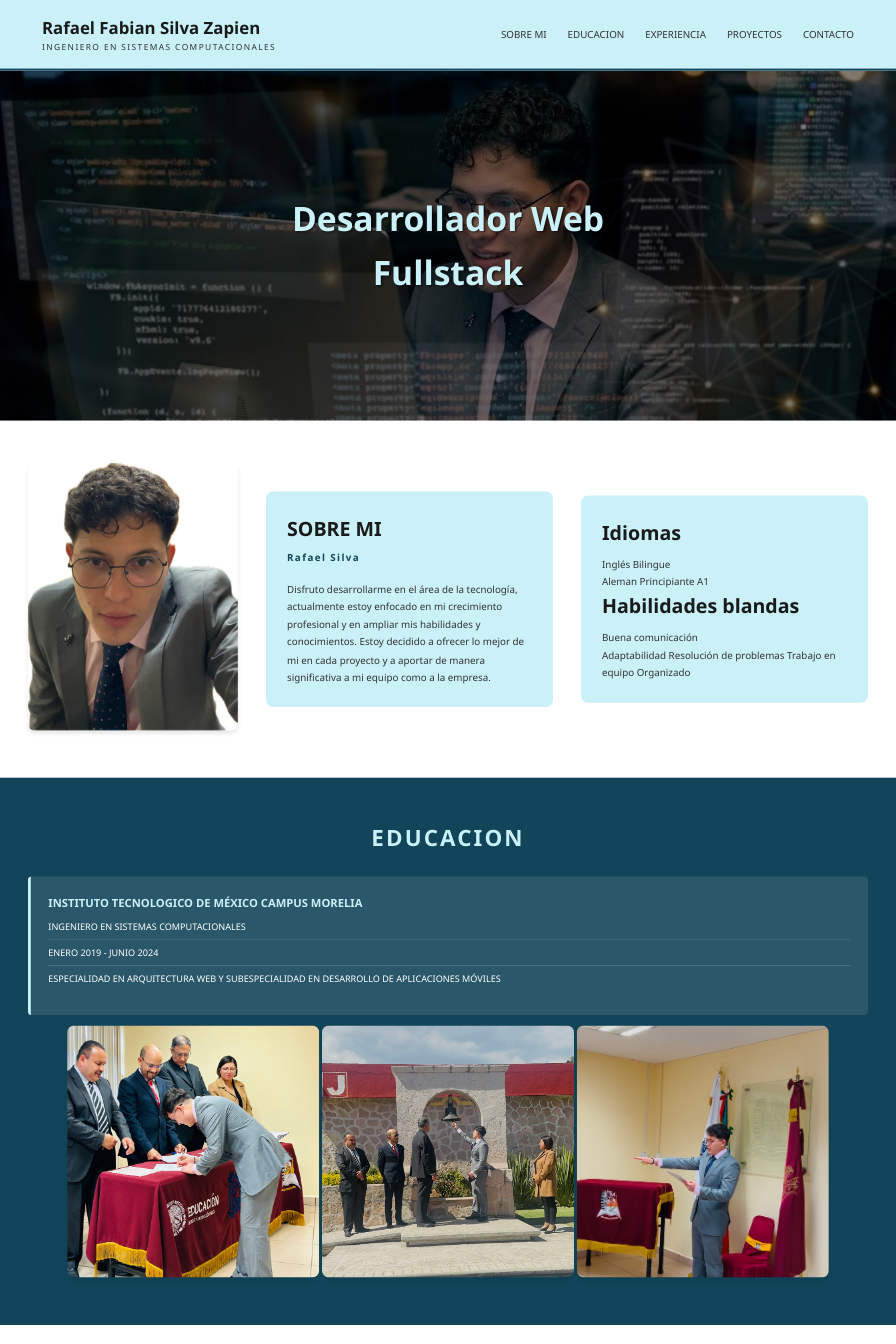
Repository: rafaelsilva2k/mi-portafolio
Page: index.html
These files come from the project's save history. The page is drawn as it stood at one moment and after the next save; the edit follows.
The browser window is 1280 px wide. The pictures show the part of the page from y = 0 to 1920 px (the page is 3313 px tall), at 70% of full size.

Above is the page before, as saved 2026-04-17 12:53:12.

### index.html
<!DOCTYPE html>
<html lang="en">
<head>
    <meta charset="UTF-8">
    <meta name="viewport" content="width=device-width, initial-scale=1.0">
    <title>Rafael Fabian Silva Zapien</title>
    <link rel="stylesheet" href="styles.css">
</head>
<body>
    <!-- HEADER: Nombre, Profesión y Menú de Navegación -->
    <header class="header">
        <div class="header-content">
            <div class="logo-section">
                <h1>Rafael Fabian Silva Zapien</h1>
                <p class="profession">INGENIERO EN SISTEMAS COMPUTACIONALES</p>
            </div>

            <nav class="navbar">
                <ul>
                    <li><a href="#sobre-mi">SOBRE MI</a></li>
                    <li><a href="#educacion">EDUCACION</a></li>
                    <li><a href="#experiencia">EXPERIENCIA</a></li>
                    <li><a href="#proyectos">PROYECTOS</a></li>
                    <li><a href="#contacto">CONTACTO</a></li>
                </ul>
            </nav>
        </div>
    </header>

    <!-- HERO SECTION: Imagen grande con texto "Desarrollador Web Fullstack" -->
     <section class="hero">
        <div class="hero-content">
            <h2>Desarrollador Web<br>Fullstack</h2>
        </div>
     </section>

     <!-- SECCIÓN SOBRE MÍ: Foto + Descripción -->
      <section id="sobre-mi" class="sobre-mi">
        <div class="sobre-mi-container">
            <div class="sobre-mi-foto">
                <img src="images/me.png" alt="Rafael Silva">
            </div>
            <div class="sobre-mi-texto">
                <h2>SOBRE MI</h2>
                <h3>Rafael Silva</h3>
                <p>Disfruto desarrollarme en el área de la tecnología, actualmente estoy enfocado en mi crecimiento profesional y en ampliar mis habilidades y conocimientos. Estoy decidido a ofrecer lo mejor de mi en cada proyecto y a aportar de manera significativa a mi equipo como a la empresa.</p>
            </div>
            <div class="sobre-mi-texto">
                <h2>Idiomas</h2>
                <p>Inglés Bilingue <br> Aleman Principiante A1</p>
                <h2>Habilidades blandas</h2>
                <p>Buena comunicación <br> Adaptabilidad
Resolución de problemas
Trabajo en equipo
Organizado</p>
            </div>
        </div>
      </section>

      <!--Seccion de Educacion-->
      <section id="educacion" class="educacion">
        <h2>EDUCACION</h2>
        <div class="educacion-content">
            <div class="educacion-item">
                <h4>INSTITUTO TECNOLOGICO DE MÉXICO CAMPUS MORELIA</h4>
                <p>INGENIERO EN SISTEMAS COMPUTACIONALES</p>
                <p>ENERO 2019 - JUNIO 2024</p>
                <p>ESPECIALIDAD EN ARQUITECTURA WEB Y SUBESPECIALIDAD EN DESARROLLO DE APLICACIONES MÓVILES</p>
            </div>
            <div class="education-item">
                <div class="education-photos">
                    <img src="images/FirmaTitulacion.jpeg">
                    <img src="images/campanaTitulacion.jpeg">
                    <img src="images/titulacion.jpeg">
                </div>
            </div>
        </div>
      </section>

      <section id="experiencia" class="experiencia">
        <h2>EXPERIENCIA PROFESIONAL</h2>
            <div class="experiencia-content">
                <div class="experiencia-item">
                    <h3>HARMAN a Samsung Company</h3>
                    <p>Residencias Profesionales HARMAN, Samsung Company Enero - Junio 2024 </p><br>
                    <h5>PROYECTO DE SALIDAS MISCELÁNEAS</h5>
                    <p></p>Se trabajo en el desarrolló de una página web que permitió a la empresa
                    controlar y gestionar los productos salientes. Además, se coordinó el flujo de
                    aprobación entre diversas áreas como comercio exterior, logística y seguridad. <br> <br>
                    <h5>PROYECTO COSTO DE BIENES VENDIDOS (COGS)</h5>
                    Se trabajo en la automatización el cálculo de COGS e implementó un módulo
                    que agiliza la obtención de datos para el reporte de COGS, logrando un análisis
                    más detallado y una representación gráfica eficaz de la información.</p>
                </div>
                <div class="experiencia-item">
                    <h3>FIRA - Fideicomisos Instituidos en Relación con la Agricultura</h3>
                    <p>Desarrollador Fullstack en FIRA, Morelia Julio 2024 - Actualidad <br> <br>
                    • Migración, mejora y mantenimiento de múltiples aplicaciones institucionales,
                    entre ellas: Mesa de Servicios, Reservación de Salas, Seguimientos SIPOT,
                    Solicitudes INAI, Ingresos Retenciones, SIPOT, entre otras.
                    Aplicaciones desarrolladas en CodeIgniter (PHP), JavaScript, HTML y CSS,
                    en las cuales realicé correcciones críticas, optimizaciones de rendimiento y
                    mejoras funcionales.
                    Implementación de consumo de APIs internas de FIRA (Capital Humano)
                    cuando fue requerido.
                    Sustitución de vistas de Capital Humano en base de datos por procesos
                    internos más eficientes.
                    Todas las aplicaciones intervenidas fueron migradas a SQL Server 2019. <br>
                    • Desarrollo de un módulo completo dentro de la aplicación Reservación de
                    Salas para la gestión y reservación de cargadores eléctricos para vehículos del
                    personal interno.<br>
                    • Colaboración en la aplicación Siniestralidad, desarrollada originalmente en
                    ASP, la cual fue migrada a SQL Server 2019 y sometida a una limpieza y
                    depuración general. Posteriormente se detectaron fallas en el funcionamiento y
                    realicé los ajustes necesarios para su correcta operación.<br>
                    • Participación en la migración de la aplicación Firma Electrónica, actualizando
                    la plataforma de Java 1.4 a Java 17, así como la migración de Tomcat y todos
                    los cambios estructurales requeridos para garantizar compatibilidad y
                    estabilidad.<br>
                    • Elaboración de documentación técnica detallada para todos los proyectos,
                    facilitando futuras tareas de mantenimiento, soporte y transferencia de
                    conocimiento dentro del equipo. Apoyo adicional en la preparación de
                    documentación para describir cambio</p>
                </div>
            </div>
      </section>

      <!--Seccion de proyectos-->
      <section id="proyectos" class="proyectos">
        <h2>PROYECTOS</h2>
        <div class="proyectos-content">
            <div class="proyectos-item">
                <h4>Primer proyecto</h4>
                <img src="" alt="Proyecto-1-name">
            </div>
            <div class="proyectos-item">
                <h4> Segundo proyecto</h4>
                <img src="" alt="Proyecto-2-name">
            </div>
            <div class="proyectos-item">
                <h4>Tercer proyecto</h4>
                <img src="" alt="proyecto-3-name">
            </div>
        </div>
      </section>

      <section id="contacto" class="contacto">
        <h2>Contacto</h2>
        <div class="contacto-content">
            <p>Email: rafaelsilva2k256@gmail.com</p>
            <p>LinkedIn: <a href="www.linkedin.com/in/rafael-fabian-silva-zapien-a124ba247">Perfil de Linkedin</a></p>
            <p>GitHub: <a href="#">Tu GitHub</a></p>
        </div>
      </section>

      <!--footer-->
      <footer class="footer">
        <p>&copy; 2024 Rafael Fabian Silva Zapien. Todos los derechos reservados.</p>
      </footer>

      <script src="script.js"></script>
</body>
</html>

### styles.css
/* ============================================
   RESET Y VARIABLES GLOBALES
   ============================================ */

* {
    margin: 0;
    padding: 0;
    box-sizing: border-box;
}

:root {
    --color-primary: #caf0f8;      /* Amarillo */
    --color-secondary: #124559;    /* Dorado/Marrón */
    --color-dark: #1a1a1a;         /* Negro */
    --color-text: #333333;         /* Texto gris oscuro */
    --color-white: #ffffff;        /* Blanco */
}

body {
    font-family: 'Segoe UI', Tahoma, Geneva, Verdana, sans-serif;
    color: var(--color-text);
    line-height: 1.6;
}

/* ============================================
   HEADER - Menú y nombre
   ============================================ */

.header {
    background-color: var(--color-primary);
    padding: 20px 0;
    border-bottom: 3px solid var(--color-secondary);
    position: sticky;
    top: 0;
    z-index: 100;
}

.header-content {
    max-width: 1200px;
    margin: 0 auto;
    padding: 0 20px;

    /* FLEXBOX: Alinea nombre a la izquierda y menú a la derecha */
    display: flex;
    justify-content: space-between;
    align-items: center;
}

.logo-section h1 {
    font-size: 24px;
    font-weight: bold;
    color: var(--color-dark);
}

.profession {
    font-size: 12px;
    color: var(--color-text);
    letter-spacing: 2px;
}

/* NAVEGACIÓN - Menú horizontal */
.navbar ul {
    list-style: none;

    /* FLEXBOX: Alinea los items del menú horizontalmente */
    display: flex;
    gap: 30px;
}

.navbar a {
    text-decoration: none;
    color: var(--color-text);
    font-size: 14px;
    font-weight: 500;
    transition: color 0.3s ease;
}

.navbar a:hover {
    color: var(--color-secondary);
}

/* ============================================
   HERO SECTION - Imagen grande
   ============================================ */

.hero {
    background: linear-gradient(rgba(0, 0, 0, 0.5), rgba(0, 0, 0, 0.5)),
                url('images/iaGeneratedMe.jpeg');
    background-size: cover;
    background-position: center;
    height: 500px;

    /* FLEXBOX: Centra el texto en el hero */
    display: flex;
    align-items: center;
    justify-content: center;
    text-align: center;
}

.hero-content h2 {
    font-size: 48px;
    color: var(--color-primary);
    font-weight: bold;
    text-shadow: 2px 2px 4px rgba(0, 0, 0, 0.7);
}

/* ============================================
   SECCIÓN SOBRE MÍ
   ============================================ */

.sobre-mi {
    padding: 60px 20px;
    background-color: var(--color-white);
}

.sobre-mi-container {
    max-width: 1200px;
    margin: 0 auto;

    /* FLEXBOX: Alinea foto a la izquierda y texto a la derecha */
    display: flex;
    gap: 40px;
    align-items: center;
}

.sobre-mi-foto {
    flex: 0 0 300px;  /* Ancho fijo de 300px */
}

.sobre-mi-foto img {
    width: 100%;
    border-radius: 10px;
    box-shadow: 0 4px 6px rgba(0, 0, 0, 0.1);
}

.sobre-mi-texto {
    flex: 1;  /* Ocupa el espacio restante */
    background-color: var(--color-primary);
    padding: 30px;
    border-radius: 10px;
}

.sobre-mi-texto h2 {
    font-size: 28px;
    margin-bottom: 10px;
    color: var(--color-dark);
}

.sobre-mi-texto h3 {
    font-size: 14px;
    letter-spacing: 2px;
    margin-bottom: 20px;
    color: var(--color-secondary);
}

.sobre-mi-texto p {
    font-size: 14px;
    line-height: 1.8;
    color: var(--color-text);
}

/* ============================================
   SECCIÓN EDUCACIÓN
   ============================================ */

.educacion {
    padding: 60px 20px;
    background-color: var(--color-secondary);
    color: var(--color-white);
}

.educacion h2 {
    font-size: 32px;
    margin-bottom: 30px;
    text-align: center;
    color: var(--color-primary);
    letter-spacing: 3px;
}

.educacion-content {
    max-width: 1200px;
    margin: 0 auto;
}

.educacion-item {
    background-color: rgba(255, 255, 255, 0.1);
    padding: 25px;
    margin-bottom: 15px;
    border-left: 4px solid var(--color-primary);
    border-radius: 5px;
}

.educacion-item h4 {
    font-size: 16px;
    margin-bottom: 10px;
    color: var(--color-primary);
}

.educacion-item p {
    font-size: 13px;
    margin-bottom: 8px;
    padding-bottom: 8px;
    border-bottom: 1px solid rgba(255, 255, 255, 0.2);
}

.educacion-item p:last-child {
    border-bottom: none;
}

.education-photos {
    flex: 0 0 300px;  /* Ancho fijo de 300px */
    text-align: center;
}

.education-photos img {
    width: 30%;
    border-radius: 10px;
    box-shadow: 0 4px 6px rgba(0, 0, 0, 0.1);
}

/* ============================================
   SECCIÓN EXPERIENCIA
   ============================================ */

.experiencia {
    padding: 60px 20px;
    background-color: var(--color-white);
}

.experiencia h2 {
    font-size: 32px;
    margin-bottom: 30px;
    text-align: center;
    color: var(--color-secondary);
    letter-spacing: 3px;
}

.experiencia-content {
    max-width: 1200px;
    margin: 0 auto;

    /* FLEXBOX: Coloca los items uno al lado del otro */
    display: flex;
    gap: 30px;
}

.experiencia-item {
    flex: 1;
    background-color: var(--color-primary);
    padding: 25px;
    border-radius: 8px;
    border-left: 4px solid var(--color-secondary);
}

.experiencia-item h4 {
    font-size: 16px;
    margin-bottom: 10px;
    color: var(--color-dark);
}

.experiencia-item p {
    font-size: 13px;
    color: var(--color-text);
}

/* ============================================
   SECCIÓN PROYECTOS
   ============================================ */

.proyectos {
    padding: 60px 20px;
    background-color: var(--color-primary);
}

.proyectos h2 {
    font-size: 32px;
    margin-bottom: 30px;
    text-align: center;
    color: var(--color-secondary);
    letter-spacing: 3px;
}

.proyectos-content {
    max-width: 1200px;
    margin: 0 auto;

    /* FLEXBOX: Coloca las tarjetas en 3 columnas */
    display: flex;
    gap: 25px;
    justify-content: space-between;
}

.proyectos-item {
    flex: 1;
    background-color: var(--color-white);
    padding: 20px;
    border-radius: 8px;
    box-shadow: 0 2px 8px rgba(0, 0, 0, 0.1);
    transition: transform 0.3s ease;
}

.proyectos-item:hover {
    transform: translateY(-5px);
}

.proyectos-item h4 {
    font-size: 16px;
    margin-bottom: 15px;
    color: var(--color-dark);
}

.proyectos-item img {
    width: 100%;
    height: 200px;
    object-fit: cover;
    border-radius: 5px;
    background-color: var(--color-secondary);
}

/* ============================================
   SECCIÓN CONTACTO
   ============================================ */

.contacto {
    padding: 60px 20px;
    background-color: var(--color-secondary);
    color: var(--color-white);
    text-align: center;
}

.contacto h2 {
    font-size: 32px;
    margin-bottom: 30px;
    color: var(--color-primary);
    letter-spacing: 3px;
}

.contacto-content {
    max-width: 600px;
    margin: 0 auto;
    font-size: 14px;
    line-height: 2;
}

.contacto-content a {
    color: var(--color-primary);
    text-decoration: none;
    font-weight: bold;
}

.contacto-content a:hover {
    text-decoration: underline;
}

/* ============================================
   FOOTER
   ============================================ */

.footer {
    background-color: var(--color-dark);
    color: var(--color-white);
    text-align: center;
    padding: 20px;
    font-size: 12px;
}

/* ============================================
   RESPONSIVE - Para dispositivos móviles
   ============================================ */

@media (max-width: 768px) {
    .header-content {
        flex-direction: column;
        gap: 20px;
    }

    .navbar ul {
        gap: 15px;
        font-size: 12px;
    }

    .sobre-mi-container {
        flex-direction: column;
    }

    .sobre-mi-foto {
        flex: 0 0 200px;
    }

    .experiencia-content {
        flex-direction: column;
    }

    .proyectos-content {
        flex-direction: column;
    }

    .hero-content h2 {
        font-size: 32px;
    }
}

Loaded but not shown: script.js (no copy from this time; the picture is the same without it)

After the next save:
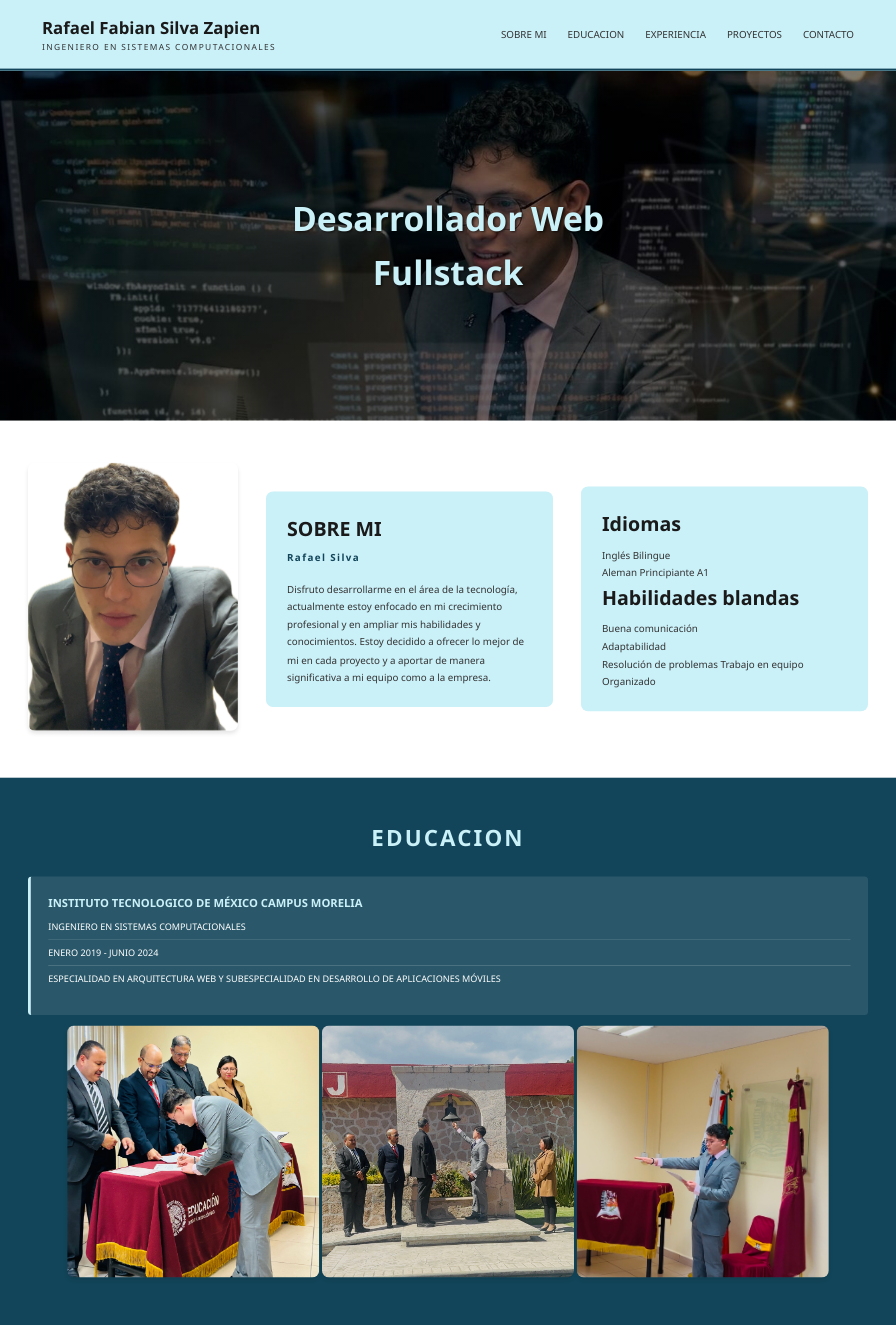
Saved 6 s later.
--- a/index.html
+++ b/index.html
@@ -49,8 +49,7 @@
                 <h2>Idiomas</h2>
                 <p>Inglés Bilingue <br> Aleman Principiante A1</p>
                 <h2>Habilidades blandas</h2>
-                <p>Buena comunicación <br> Adaptabilidad
-Resolución de problemas
+                <p>Buena comunicación <br> Adaptabilidad <br> Resolución de problemas
 Trabajo en equipo
 Organizado</p>
             </div>
